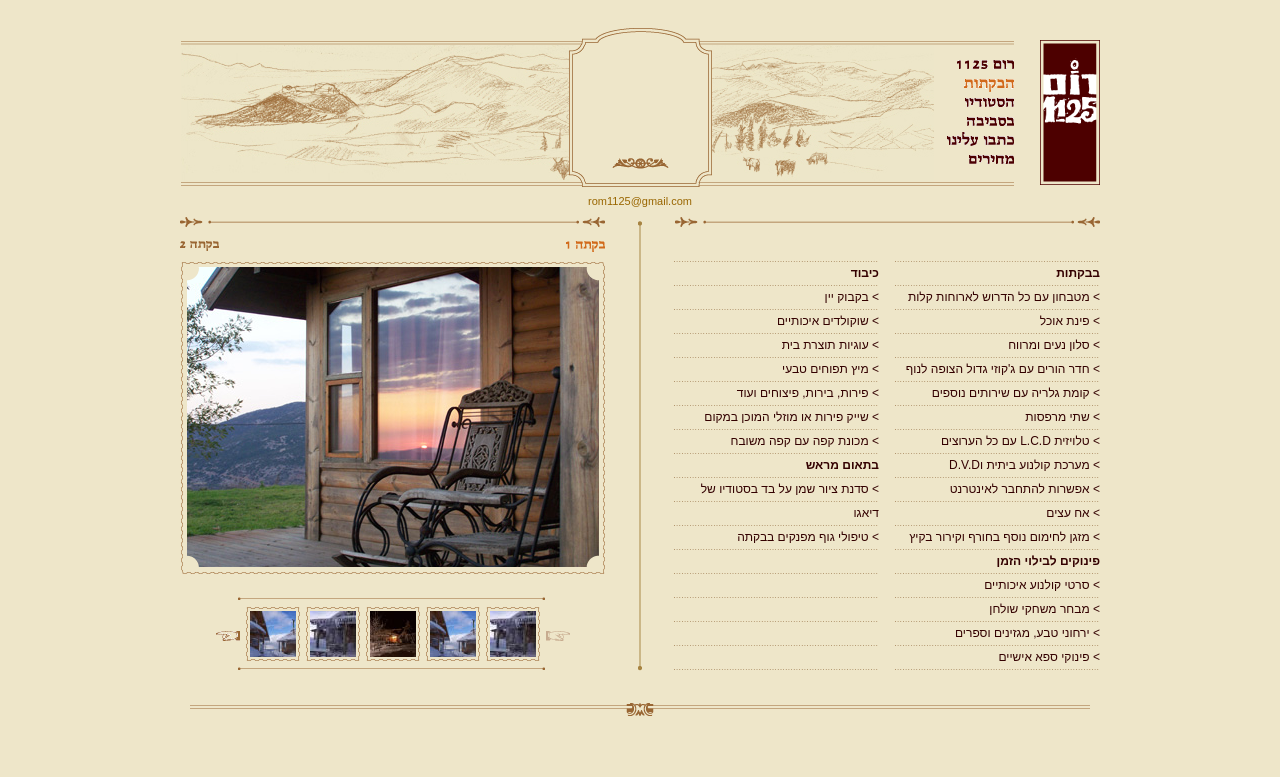
Repository: asafg/rom1125
Page: rom1125/WebContent/huts.html
These files come from the project's save history. The page is drawn as it stood at one moment and after the next save; the edit follows.
The browser window is 1280 px wide. The pictures show the whole page.

Above is the page before, as saved 2010-06-10 12:41:42.

### rom1125/WebContent/huts.html
<!DOCTYPE html PUBLIC "-//W3C//DTD XHTML 1.1//EN" "http://www.w3.org/TR/xhtml11/DTD/xhtml11.dtd">
<html xmlns="http://www.w3.org/1999/xhtml">

<head>
  <meta http-equiv="Content-Type" content="text/html; charset=utf-8"/>
  <title>רום 1125</title>
  <link rel="stylesheet" href="css/common.css" type="text/css" media="screen"/>
  <link rel="stylesheet" href="css/huts.css" type="text/css" media="screen"/>
  <script src="js/img_gal_cc_compressed.js" type="text/javascript"></script>
  <script type="text/javascript">
  function showHutGallery(hut) {
	  var otherHut = (hut == 1) ? 2 : 1;
	  $('hut' + hut).addClass('active');
	  $('hut' + otherHut).removeClass('active');
	  $('thumbnails_panel' + otherHut).setStyle('display', 'none');
	  $('slideshow' + otherHut).setStyle('display', 'none');
	  $('thumbnails_panel' + hut).setStyle('display', 'block');
	  $('slideshow' + hut).setStyle('display', 'block');
	  if (hut == 2 && hut2ImageGallery == null) {
		  initHut2Gallery();
	  }
  }

  function initHut2Gallery() {
	  hut2ImageGallery = new ImageGallery({
		slides: $$('#slideshow2 img'),
		thumbnails: $$('#thumbnails_wrapper2 img'),
		thumbnailsViewport: 'thumbnails2',
		thumbnailsContainer: 'thumbnails_wrapper2',
		nextThumbnailLink: 'left_arrow2',
		prevThumbnailLink: 'right_arrow2',
		nextThumbnailLinkClass: 'left_arrow',
		prevThumbnailLinkClass: 'right_arrow'});
  }
  </script>
</head>
<body>
<div id="main">
<!-- header -->
<div id="header">
<img id="logo" src="images/logo.png"/>
<div id="header_without_logo"><!-- The part of the header left of the logo -->
<div id="header_top"><img src="images/header_top.png"/></div>
<div id="toolbar_buttons">
<a id="home_link" href="index.html"><img src="images/blank.gif"/></a>
<img src="images/biktot_hl.gif"/>
<a id="studio_link" href="studio.html"><img src="images/blank.gif"/></a>
<a id="env_link" href="env.html"><img src="images/blank.gif"/></a>
<a id="media_link" href="media.html"><img src="images/blank.gif"/></a>
<a id="prices_link" href="prices.html"><img src="images/blank.gif"/></a>
</div><!-- toolbar_buttons -->
<div class="header_image"><img src="images/header_right.jpg"/></div>
<div class="header_image"><img src="images/header_middle.png"/></div>
<div class="header_image"><img src="images/header_left.jpg"/></div>
<div id="header_bottom"><img id="header_bottom_image" src="images/header_bottom.png"/></div>
</div><!-- header_without_logo-->
<div id="email_address_div">
<a href="mailto:rom1125@gmail.com" class="email_address">rom1125@gmail.com</a>
</div><!-- email_address_div -->
</div><!-- header -->
<!-- now for the separators -->
<div id="right_part">
<img src="images/top_horiz_sep.png" class="sep_image"/>
<div id="page_text" class="page_text">
<div id="right_col" class="text_column">
<b>בבקתות</b><br/>
&gt; מטבחון עם כל הדרוש לארוחות קלות<br/>
&gt; פינת אוכל<br/>
&gt; סלון נעים ומרווח<br/>
&gt; חדר הורים עם ג'קוזי גדול הצופה לנוף<br/>
&gt; קומת גלריה עם שירותים נוספים<br/>
&gt; שתי מרפסות<br/>
&gt; טלויזית L.C.D עם כל הערוצים<br/>
&gt; מערכת קולנוע ביתית וD.V.D<br/>
&gt; אפשרות להתחבר לאינטרנט<br/>
&gt; אח עצים<br/>
&gt; מזגן לחימום נוסף בחורף וקירור בקיץ<br/>
<b>פינוקים לבילוי הזמן</b><br/>
&gt; סרטי קולנוע איכותיים<br/>
&gt; מבחר משחקי שולחן<br/>
&gt; ירחוני טבע, מגזינים וספרים<br/>
&gt; פינוקי ספא אישיים<br/>
</div><!-- right_col -->
<div id="columns_spacer"></div>
<div id="left_col" class="text_column">
<b>כיבוד</b><br/>
&gt; בקבוק יין<br/>
&gt; שוקולדים איכותיים<br/>
&gt; עוגיות תוצרת בית<br/>
&gt; מיץ תפוחים טבעי<br/>
&gt; פירות, בירות, פיצוחים ועוד<br/>
&gt; שייק פירות או מוזלי המוכן במקום<br/>
&gt; מכונת קפה עם קפה משובח<br/>
<b>בתאום מראש</b><br/>
&gt; סדנת ציור שמן על בד בסטודיו של דיאגו<br/>
&gt; טיפולי גוף מפנקים בבקתה<br/>
</div><!-- left_col -->
</div><!-- page_text -->
</div><!-- right -->
<div id="vert_sep">
<img src="images/top_ball.png" class="sep_image"/>
<div id="vert_bar"></div>
<img src="images/bottom_ball.png" class="sep_image"/>
</div><!-- vert_sep -->
<div id="left_part">
<img src="images/top_horiz_sep.png" class="sep_image"/>
<div id="hut_links">
	<a href="#" id="hut1" onclick="showHutGallery(1)"><img src="images/blank.gif"/></a>
	<a href="#" id="hut2" onclick="showHutGallery(2)"><img src="images/blank.gif"/></a>
</div>
<div id="photo_frame"><div id="photo_frame_overlay"></div>
<div id="slideshow1">
<img src="images/photos/hut1_1.jpg" alt="השתקפות שקיעה על חלון בקתה 1" title="השתקפות שקיעה על חלון בקתה 1"/>
<img src="images/photos/hut1_2.jpg" alt="שקיעה עם וניל" title="שקיעה עם וניל"/>
<img src="images/photos/hut1_3.jpg" alt="נוף מהמרפסת - עיו קניה" title="נוף מהמרפסת - עיו קניה"/>
<img src="images/photos/hut1_4.jpg" alt="בשלג מכוון המדרגות" title="בשלג מכוון המדרגות"/>
<img src="images/photos/hut1_5.jpg" alt="המרפסת בשלג בלילה" title="המרפסת בשלג בלילה"/>
<img src="images/photos/hut1_6.jpg" alt="זריחה מיוחדת למקדימים להשכים" title="זריחה מיוחדת למקדימים להשכים"/>
<img src="images/photos/hut1_7.jpg" alt="הגפן ובקתה 1 ברקע" title="הגפן ובקתה 1 ברקע"/>
<img src="images/photos/hut1_8.jpg" alt="שקיעה משתקפת על החלון המערבי" title="שקיעה משתקפת על החלון המערבי"/>
<img src="images/photos/hut1_9.jpg" alt="ויטראז' ועץ בחלון" title="ויטראז' ועץ בחלון"/>
<img src="images/photos/hut1_10.jpg" alt="סלון בקתה 1" title="סלון בקתה 1"/>
<img src="images/photos/hut1_11.jpg" alt="הסלון מהאח" title="הסלון מהאח"/>
<img src="images/photos/hut1_12.jpg" alt="חדר שינה ועץ בחלון" title="חדר שינה ועץ בחלון"/>
<img src="images/photos/hut1_13.jpg" alt="מטבח עם קערת פרות" title="מטבח עם קערת פרות"/>
<img src="images/photos/hut1_14.jpg" alt="קערת דובדבנים ומוזלי ברקע הסלון" title="קערת דובדבנים ומוזלי ברקע הסלון"/>
<img src="images/photos/hut1_15.jpg" alt="סלון" title="סלון"/>
<img src="images/photos/hut1_16.jpg" alt="עציץ מלמטה" title="עציץ מלמטה"/>
<img src="images/photos/hut1_17.jpg" alt="קומה עליונה ועץ בחלון" title="קומה עליונה ועץ בחלון"/>
<img src="images/photos/hut1_18.jpg" alt="פינת ישיבה בקומה עליונה" title="פינת ישיבה בקומה עליונה"/>
<img src="images/photos/hut1_19.jpg" alt="נוף ירוק מחלון ג'קוזי 1" title="נוף ירוק מחלון ג'קוזי 1"/>
<img src="images/photos/hut1_20.jpg" alt="ג'קוזי וויטראז' בבקתה 1" title="ג'קוזי וויטראז' בבקתה 1"/>
<img src="images/photos/hut1_21.jpg" alt="בקתה בצללית" title="בקתה בצללית"/>
<img src="images/photos/hut1_22.jpg" alt="שני כיסאות לנוף בשלג" title="שני כיסאות לנוף בשלג"/>
</div><!-- slideshow1 -->
<div id="slideshow2">
<img src="images/photos/photo12.jpg"/>
<img src="images/photos/photo11.jpg"/>
<img src="images/photos/photo12.jpg"/>
<img src="images/photos/photo11.jpg"/>
<img src="images/photos/photo12.jpg"/>
<img src="images/photos/photo11.jpg"/>
</div><!-- slideshow2 -->
</div>
<div id="thumbnails_panel1">
<img id="upper_gallery_strip1" src="images/gallery_strip.png"/>
<div id="thumbnails_toolbar1">
<img id="right_arrow1" src="images/blank.gif" class="right_arrow"/>
<div id="thumbnails1">
<div id="thumbnails_wrapper1">
<div class="thumbnail"><img src="images/photos/photo1_small.jpg" class="thumbnail"/></div>
<div class="thumbnail"><img src="images/photos/photo2_small.jpg" class="thumbnail"/></div>
<div class="thumbnail"><img src="images/photos/photo3_small.jpg" class="thumbnail"/></div>
<div class="thumbnail"><img src="images/photos/photo1_small.jpg" class="thumbnail"/></div>
<div class="thumbnail"><img src="images/photos/photo2_small.jpg" class="thumbnail"/></div>
<div class="thumbnail"><img src="images/photos/photo3_small.jpg" class="thumbnail"/></div>
<div class="thumbnail"><img src="images/photos/photo1_small.jpg" class="thumbnail"/></div>
</div><!-- thumbnails_wrapper1 -->
</div><!-- thumbnails1 -->
<img id="left_arrow1" src="images/blank.gif" class="left_arrow"/>
</div><!-- thumbnails_toolbar1 -->
<img id="lower_gallery_strip1" src="images/gallery_strip.png"/>
</div><!-- thumbnails_panel1 -->
<div id="thumbnails_panel2">
<img id="upper_gallery_strip2" src="images/gallery_strip.png"/>
<div id="thumbnails_toolbar2">
<img id="right_arrow2" src="images/blank.gif" class="right_arrow"/>
<div id="thumbnails2">
<div id="thumbnails_wrapper2">
<div class="thumbnail"><img src="images/photos/photo5_small.jpg" class="thumbnail"/></div>
<div class="thumbnail"><img src="images/photos/photo5_small.jpg" class="thumbnail"/></div>
<div class="thumbnail"><img src="images/photos/photo5_small.jpg" class="thumbnail"/></div>
<div class="thumbnail"><img src="images/photos/photo5_small.jpg" class="thumbnail"/></div>
<div class="thumbnail"><img src="images/photos/photo5_small.jpg" class="thumbnail"/></div>
<div class="thumbnail"><img src="images/photos/photo6_small.jpg" class="thumbnail"/></div>
<div class="thumbnail"><img src="images/photos/photo6_small.jpg" class="thumbnail"/></div>
</div><!-- thumbnails_wrapper -->
</div><!-- thumbnails -->
<img id="left_arrow2" src="images/blank.gif" class="left_arrow"/>
</div><!-- thumbnails_toolbar2 -->
<img id="lower_gallery_strip2" src="images/gallery_strip.png"/>
</div><!-- thumbnails_panel2 -->
</div><!-- left -->
<div id="footer">
<img src="images/footer_sep.png" class="sep_image"/>
</div><!-- footer -->
</div><!-- main -->
<script type="text/javascript">
var hut1ImageGallery = new ImageGallery({
	slides: $$('#slideshow1 img'),
	thumbnails: $$('#thumbnails_wrapper1 img'),
	thumbnailsViewport: 'thumbnails1',
	thumbnailsContainer: 'thumbnails_wrapper1',
	nextThumbnailLink: 'left_arrow1',
	prevThumbnailLink: 'right_arrow1',
	nextThumbnailLinkClass: 'left_arrow',
	prevThumbnailLinkClass: 'right_arrow'
});

var hut2ImageGallery = null;

showHutGallery(1);
</script>
</body>
</html>

### rom1125/WebContent/css/common.css
body
{
	background-color: #EEE6C9;
	margin: 0px;
	padding: 0px;
}

#main
{
	width: 1000px;
	height: 750px;
	direction: rtl;
	margin-left: auto;
   	margin-right: auto;
}

/* beginning of header definitions */

#header
{
	margin-top: 27px;
}

#logo
{
	width: 60px;
	margin-top: 13px;
	margin-right: 40px;
	float: right;
}

#header_without_logo
{
	margin-right: 26px;
	margin-top: 1px;
	padding: 0px;
	width: 834px;
	float: right;
}

#header_top
{
	margin: 0px;
	padding: 0px;
	height: 17px;
	float: right;
	display: block;
}

#header_bottom
{
	margin: 0px;
	padding: 0px;
	height: 5px;
	float: right;
	display: block;
}

#header_bottom_image
{
	margin: 0px;
	padding: 0px;
	vertical-align: top;
}

.header_image
{
	margin: 0px;
	padding: 0px;
	height: 137px;
	float: right;
	display: block;
}

#toolbar_buttons
{
	margin-top: 11px;
	margin-left: 13px;
	float: right;
}

#toolbar_buttons img
{
	margin: 0px 0px 2px 0px; width: 67px; height: 17px; padding: 0px; display: block; border-width: 0px;
}

/*toolbar buttons images are set as background images in order to allow rollover effect using css (no javascript) */
#toolbar_buttons a#home_link   img {background: url("../images/rom.gif") top left no-repeat;}
#toolbar_buttons a#huts_link   img {background: url("../images/biktot.gif") top left no-repeat;}
#toolbar_buttons a#studio_link img {background: url("../images/studio.gif") top left no-repeat;}
#toolbar_buttons a#env_link    img {background: url("../images/sviva.gif") top left no-repeat;}
#toolbar_buttons a#media_link  img {background: url("../images/katvu.gif") top left no-repeat;}
#toolbar_buttons a#prices_link img {background: url("../images/mehirim.gif") top left no-repeat;}

#toolbar_buttons a#home_link:hover   img {background: url("../images/rom_hl.gif") top left no-repeat;}
#toolbar_buttons a#huts_link:hover   img {background: url("../images/biktot_hl.gif") top left no-repeat;}
#toolbar_buttons a#studio_link:hover img {background: url("../images/studio_hl.gif") top left no-repeat;}
#toolbar_buttons a#env_link:hover    img {background: url("../images/sviva_hl.gif") top left no-repeat;}
#toolbar_buttons a#media_link:hover  img {background: url("../images/katvu_hl.gif") top left no-repeat;}
#toolbar_buttons a#prices_link:hover img {background: url("../images/mehirim_hl.gif") top left no-repeat;}

#email_address_div
{
	padding-top: 8px;
	margin-left: auto;
    margin-right: auto;
	font-family: arial, sans-serif;
	font-size: 11px;
	display: block;
	text-align: center;
	clear: both;
}

a.email_address:link, a.email_address:active, a.email_address:focus, a.email_address:visited
{
	color: #996600;
	text-decoration: none;
}

a.email_address:hover
{
	color: #CC6600;
	text-decoration: none;
}

/* end of header definitions */

#right_part
{
	width: 425px;
	margin-top: 10px;
	margin-right: 40px;
	float: right;
}

#vert_sep
{
	float: right;
	margin: 14px 33px 0px 33px;
	padding: 0px;
}

#vert_bar
{
	width: 2px;
	height: 440px;
	margin: 0 1px 0 1px;
	background-color: #cbb787;
}

#left_part
{
	width: 425px;
	margin-top: 10px;
	margin-left: 0px;
	float: right;
}

.sep_image
{
	padding: 0;
	display: block;
}

#footer
{
	margin: 0px 50px 0px 50px;
	float: none;
	clear: both;
}

### rom1125/WebContent/css/huts.css
.page_text
{
	float: right;
	width: 426px;
	margin-top: 34px;
	line-height: 200%;
	font-family: arial;
	font-size: 12px;
	color: #330000;
	border: 0px solid red;
}

.text_column
{
	background-image: url("../images/dashed_line.png");
	background-repeat:repeat-y;
	float: right;
	width: 205px;
	height: 409px;
	border: 0px solid black;
}

#columns_spacer
{
	float: right;
	width: 16px;
	height: 409px;
	border: 0px solid green;
}

#hut_links a img {width: 39px; height: 11px; margin: 0px; display: block; border-width: 0px;}

#hut_links
{
	margin-top: 14px;
}

#hut_links a#hut1 img
{
	background: url("../images/hut1.png") top left no-repeat;
	float: right;
}

#hut_links a#hut2 img
{
	background: url("../images/hut2.png") top left no-repeat;
	float: left;
}

#hut_links a#hut1:hover img {background: url("../images/hut1_hl.png") top left no-repeat;}

#hut_links a#hut2:hover img {background: url("../images/hut2_hl.png") top left no-repeat;}

#hut_links a#hut1.active img {background: url("../images/hut1_hl.png") top left no-repeat;}

#hut_links a#hut2.active img {background: url("../images/hut2_hl.png") top left no-repeat;}

#footer
{
	padding-top: 32px;
}

/* image gallery */
#photo_frame
{
	position: relative;
	margin-top: 34px;
	width: 425px;
	height: 313px;
	overflow: hidden;
}

#photo_frame img
{
	padding: 6px 6px 0px 0px;
}

#photo_frame_overlay
{
	position:absolute; top:0; left:0; width: 100%; height: 100%; z-index:998;
	background: url("../images/frame_big.png") no-repeat center;
}

/* hide the slide show of the second hut */
#thumbnails_panel2, #slideshow2
{
	display: none;
}

#thumbnails_panel1, #thumbnails_panel2
{
	margin-top: 11px;
	width: 354px;
}

#upper_gallery_strip1, #upper_gallery_strip2
{
	margin: 12px 60px 7px 0px;
	float: right;
}

#lower_gallery_strip1, #lower_gallery_strip2
{
	margin: 6px 60px 0px 0px;
	float: right;
}

#thumbnails_toolbar1, #thumbnails_toolbar2
{
	margin-right: 35px;
	width: 354px;
}

#right_arrow1, #right_arrow2
{
	width: 24px;
	height: 11px;
	margin: 24px 0px 0px 3px;
	vertical-align: middle;
	clear: both;
	float: right;
	display: block;
	border: 0px;
}

img.right_arrow
{
	background: url("../images/right_arrow.gif") top left no-repeat;
}

img.right_arrow:hover
{
	background: url("../images/right_arrow_hl.gif") top left no-repeat;
}

img.right_arrow_disabled
{
	background: url("../images/right_arrow_da.png") top left no-repeat;
}

#left_arrow1, #left_arrow2
{
	width: 24px;
	height: 11px;
	margin: 24px 3px 0px 0px;
	float: right;
	border: 0px;
}

img.left_arrow
{
	background: url("../images/left_arrow.gif") top left no-repeat;
}

img.left_arrow:hover
{
	background: url("../images/left_arrow_hl.gif") top left no-repeat;
}

img.left_arrow_disabled
{
	background: url("../images/left_arrow_da.png") top left no-repeat;
}

#thumbnails1, #thumbnails2
{
	position: relative;
	width: 300px;
	height: 54px;
	float: right;
	overflow: hidden;
}

#thumbnails_wrapper1, #thumbnails_wrapper2
{
	position: absolute;
	width: 420px;
	height: 54px;
	/*float: right;*/
}

.thumbnail
{
	background: url("../images/frame_small.png") no-repeat center;
	margin-left: 3px;
	margin-right: 3px;
	width: 54px;
	height: 54px;
	float: right;
}

div.thumbnail:hover
{
	background: url("../images/frame_small_hl.png") no-repeat center;
	margin-left: 3px;
	margin-right: 3px;
	width: 54px;
	height: 54px;
	float: right;
}

img.thumbnail
{
	margin: 4px 4px auto;
	width: 46px;
	height: 46px;
	border: 1px black;
}
/* end of image gallery */

Loaded but not shown: rom1125/WebContent/js/img_gal_cc_compressed.js (library)

After the next save:
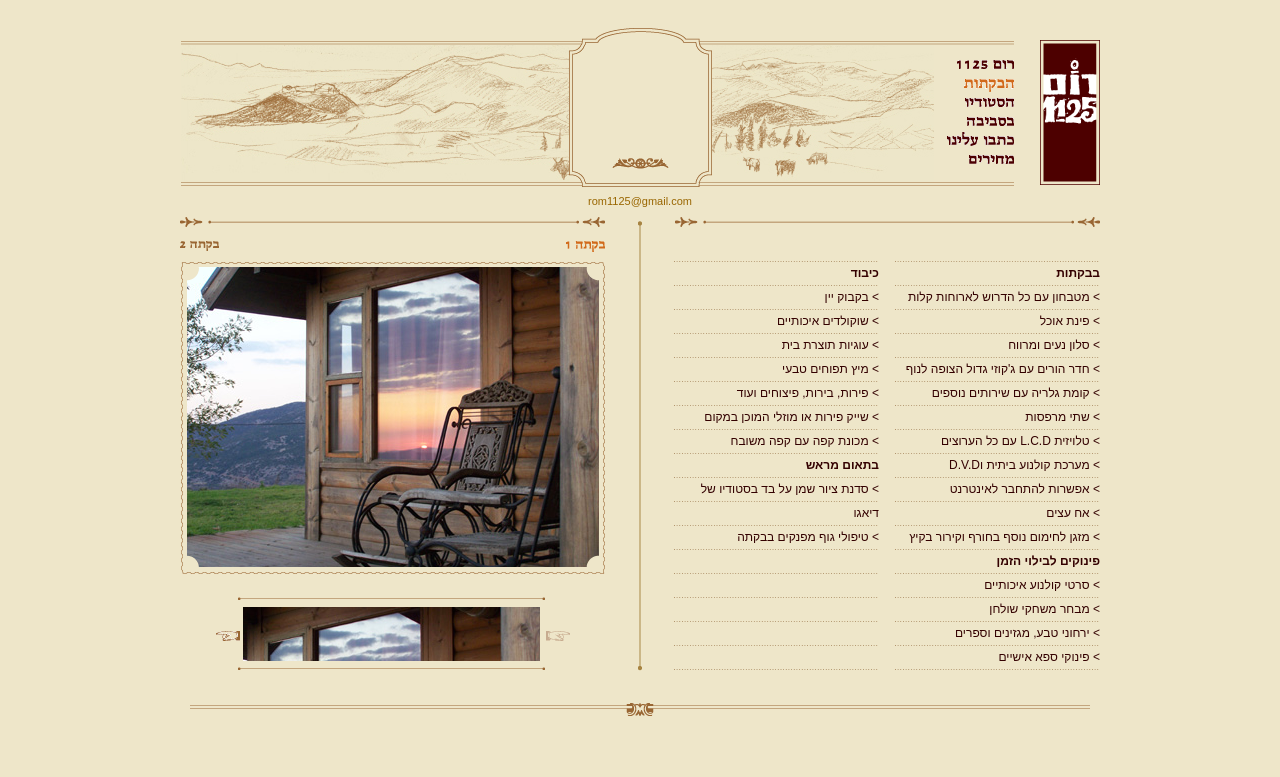
Saved 31 s later.
--- a/rom1125/WebContent/huts.html
+++ b/rom1125/WebContent/huts.html
@@ -148,13 +148,29 @@
 <img id="right_arrow1" src="images/blank.gif" class="right_arrow"/>
 <div id="thumbnails1">
 <div id="thumbnails_wrapper1">
-<div class="thumbnail"><img src="images/photos/photo1_small.jpg" class="thumbnail"/></div>
-<div class="thumbnail"><img src="images/photos/photo2_small.jpg" class="thumbnail"/></div>
-<div class="thumbnail"><img src="images/photos/photo3_small.jpg" class="thumbnail"/></div>
-<div class="thumbnail"><img src="images/photos/photo1_small.jpg" class="thumbnail"/></div>
-<div class="thumbnail"><img src="images/photos/photo2_small.jpg" class="thumbnail"/></div>
-<div class="thumbnail"><img src="images/photos/photo3_small.jpg" class="thumbnail"/></div>
-<div class="thumbnail"><img src="images/photos/photo1_small.jpg" class="thumbnail"/></div>
+<div class="thumbnail"><img src="images/photos/hut1_1.jpg" alt="השתקפות שקיעה על חלון בקתה 1" title="השתקפות שקיעה על חלון בקתה 1"/></div>
+<img src="images/photos/hut1_2.jpg" alt="שקיעה עם וניל" title="שקיעה עם וניל"/>
+<img src="images/photos/hut1_3.jpg" alt="נוף מהמרפסת - עיו קניה" title="נוף מהמרפסת - עיו קניה"/>
+<img src="images/photos/hut1_4.jpg" alt="בשלג מכוון המדרגות" title="בשלג מכוון המדרגות"/>
+<img src="images/photos/hut1_5.jpg" alt="המרפסת בשלג בלילה" title="המרפסת בשלג בלילה"/>
+<img src="images/photos/hut1_6.jpg" alt="זריחה מיוחדת למקדימים להשכים" title="זריחה מיוחדת למקדימים להשכים"/>
+<img src="images/photos/hut1_7.jpg" alt="הגפן ובקתה 1 ברקע" title="הגפן ובקתה 1 ברקע"/>
+<img src="images/photos/hut1_8.jpg" alt="שקיעה משתקפת על החלון המערבי" title="שקיעה משתקפת על החלון המערבי"/>
+<img src="images/photos/hut1_9.jpg" alt="ויטראז' ועץ בחלון" title="ויטראז' ועץ בחלון"/>
+<img src="images/photos/hut1_10.jpg" alt="סלון בקתה 1" title="סלון בקתה 1"/>
+<img src="images/photos/hut1_11.jpg" alt="הסלון מהאח" title="הסלון מהאח"/>
+<img src="images/photos/hut1_12.jpg" alt="חדר שינה ועץ בחלון" title="חדר שינה ועץ בחלון"/>
+<img src="images/photos/hut1_13.jpg" alt="מטבח עם קערת פרות" title="מטבח עם קערת פרות"/>
+<img src="images/photos/hut1_14.jpg" alt="קערת דובדבנים ומוזלי ברקע הסלון" title="קערת דובדבנים ומוזלי ברקע הסלון"/>
+<img src="images/photos/hut1_15.jpg" alt="סלון" title="סלון"/>
+<img src="images/photos/hut1_16.jpg" alt="עציץ מלמטה" title="עציץ מלמטה"/>
+<img src="images/photos/hut1_17.jpg" alt="קומה עליונה ועץ בחלון" title="קומה עליונה ועץ בחלון"/>
+<img src="images/photos/hut1_18.jpg" alt="פינת ישיבה בקומה עליונה" title="פינת ישיבה בקומה עליונה"/>
+<img src="images/photos/hut1_19.jpg" alt="נוף ירוק מחלון ג'קוזי 1" title="נוף ירוק מחלון ג'קוזי 1"/>
+<img src="images/photos/hut1_20.jpg" alt="ג'קוזי וויטראז' בבקתה 1" title="ג'קוזי וויטראז' בבקתה 1"/>
+<img src="images/photos/hut1_21.jpg" alt="בקתה בצללית" title="בקתה בצללית"/>
+<img src="images/photos/hut1_22.jpg" alt="שני כיסאות לנוף בשלג" title="שני כיסאות לנוף בשלג"/>
+
 </div><!-- thumbnails_wrapper1 -->
 </div><!-- thumbnails1 -->
 <img id="left_arrow1" src="images/blank.gif" class="left_arrow"/>
